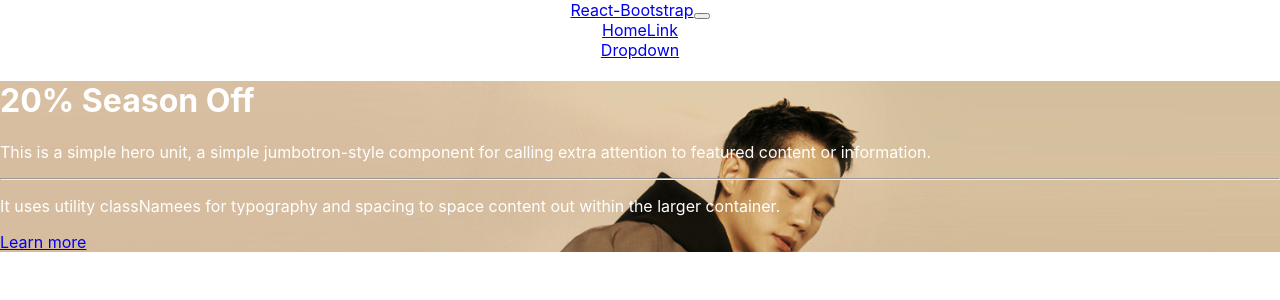
Repository: eunsuneun/react-shop
Page: /
The author's editor kept a copy of each file at every save. The page is drawn from the files as they stood at one save, then again after the next save.
The browser window is 1280 px wide. The pictures show the whole page.
The project was rebuilt for these pictures with package versions that can differ from the ones it lists, and the page was loaded fresh each time.

Above is the page before, as saved 2021-08-25 20:12:32.

After the next save:
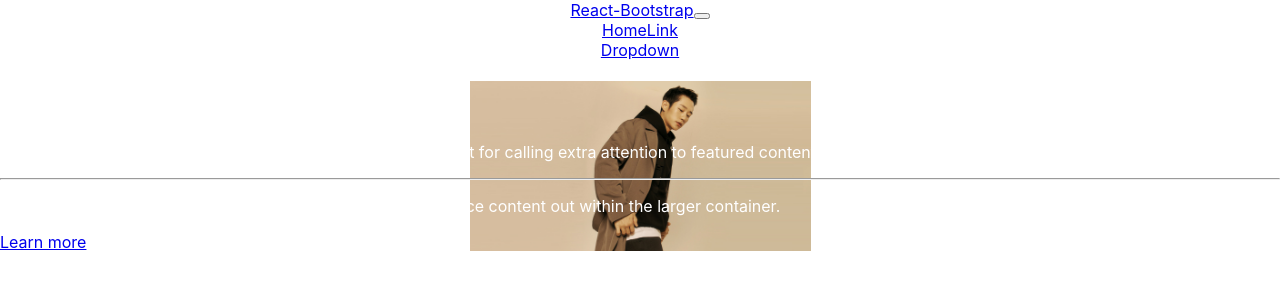
Saved 6 s later.
--- a/src/App.css
+++ b/src/App.css
@@ -38,7 +38,7 @@
 }
 
 .visual {
-  background: url(img/visual.jpg) no-repeat center top / 100% auto;
+  background: url(img/visual.jpg) no-repeat center top / auto 100%;
   text-align: left;
   color: #fff;
 }

After the 2 saves that followed:
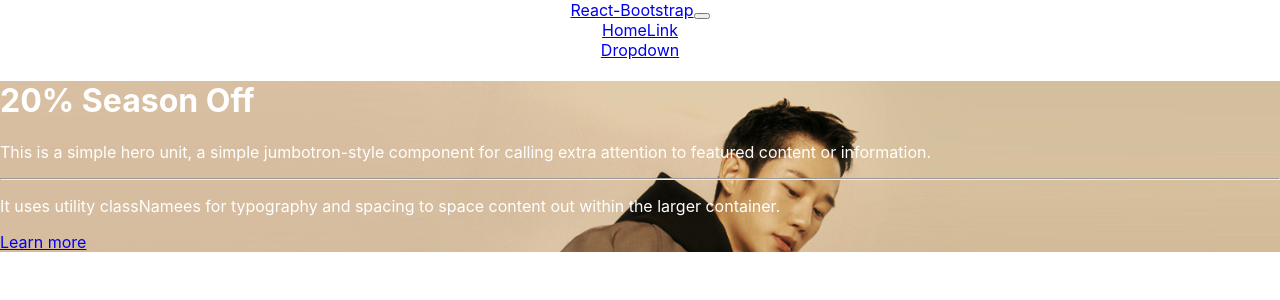
The 2 saves are shown as one change because they came seconds apart.
The last was saved 9 s later.
--- a/src/App.css
+++ b/src/App.css
@@ -38,7 +38,7 @@
 }
 
 .visual {
-  background: url(img/visual.jpg) no-repeat center top / auto 100%;
+  background: url(img/visual.jpg) no-repeat center top / cover;
   text-align: left;
   color: #fff;
 }
